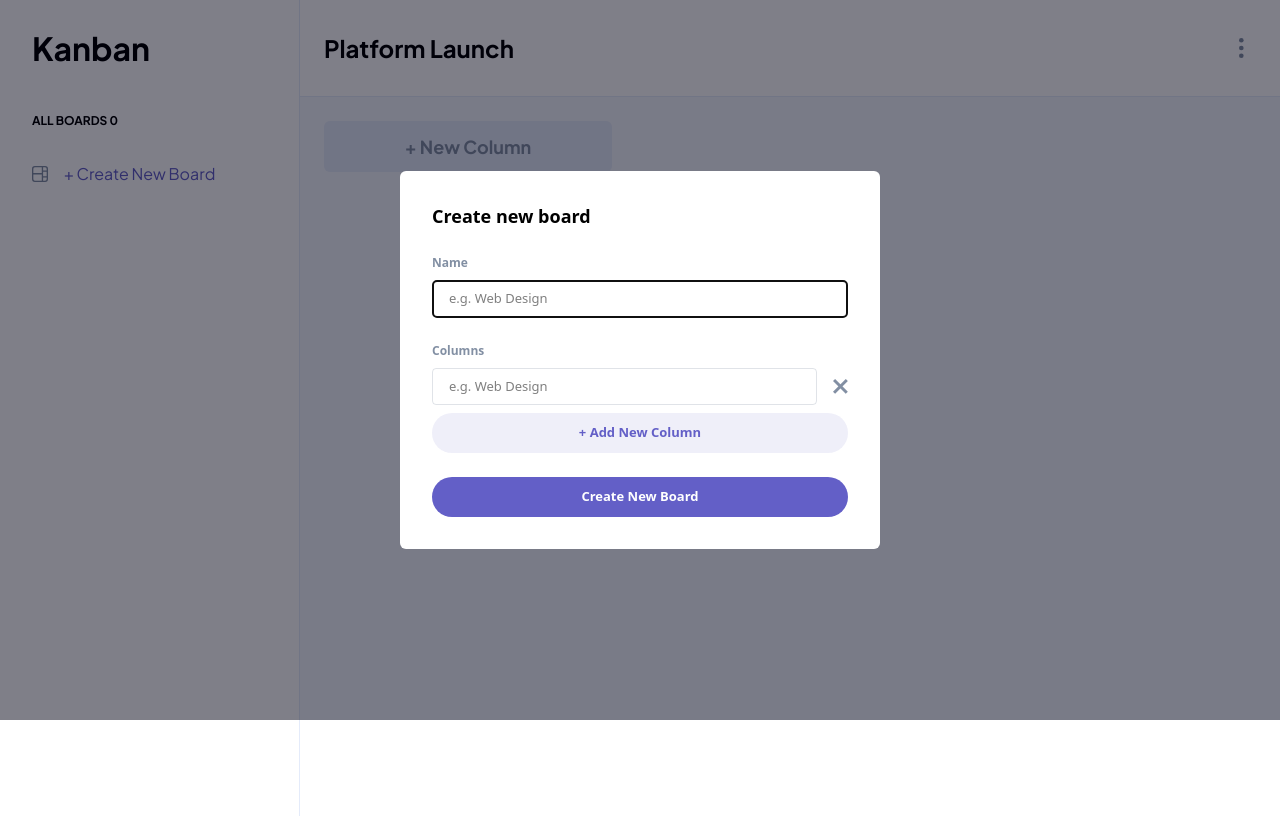
Repository: Baraajad231/Kanban-Board
Page: /, after clicking the first element matching `button.w-full`
The author's editor kept a copy of each file at every save. The page is drawn from the files as they stood at one save, then again after the next save.
The browser window is 1280 px wide. The pictures show the whole page.
The project was rebuilt for these pictures with package versions that can differ from the ones it lists, and the page was loaded fresh each time. Also part of the build but not shown: vite.config.js, src/components/Card.jsx, src/components/Column.jsx.

Above is the page before, as saved 2026-03-25 19:37:05.

### index.html
<!doctype html>
<html lang="en">
  <head>
    <meta charset="UTF-8" />
    <meta name="viewport" content="width=device-width, initial-scale=1.0" />
    <link rel="preconnect" href="https://fonts.googleapis.com" />
    <link rel="preconnect" href="https://fonts.gstatic.com" crossorigin />
    <link
      href="https://fonts.googleapis.com/css2?family=Plus+Jakarta+Sans:ital,wght@0,200..800;1,200..800&display=swap"
      rel="stylesheet"
    />
    <title>kanban-board</title>
  </head>
  <body>
    <div id="root"></div>
    <script type="module" src="/src/main.jsx"></script>
  </body>
</html>

### src/index.css
@import "tailwindcss";

@theme {
  --font-jakarta: "Plus Jakarta Sans", sans-serif;

  --color-transparent: transparent;
  --color-current: currentColor;

  --color-main-purple: #635fc7;
  --color-main-purple-hover: #a8a4ff;
  --color-white: #ffffff;
  --color-black: #000112;
  --color-very-dark-grey: #1e1e1e;
  --color-dark-grey: #2b2c37;
  --color-lines: #3e3f4e;
  --color-medium-grey: #828fa3;
  --color-lines-light: #e4ebfa;
  --color-light-grey: #f4f7fd;
  --color-red: #ea5555;
  --color-red-hover: #ff9898;

  /* أحجام الخطوط - التنسيق صحيح جداً لـ Tailwind v4 */
  --text-heading-s: 0.75rem;
  --text-heading-s--font-weight: 700;

  --text-heading-m: 0.9rem;
  --text-heading-m--font-weight: 700;

  --text-heading-l: 1.125rem;
  --text-heading-l--font-weight: 700;

  --text-heading-xl: 1.5rem;
  --text-heading-xl--font-weight: 700;

  --text-body-m: 0.75rem;
  --text-body-m--font-weight: 700;

  --text-body-l: 0.8125rem;
  --text-body-l--font-weight: 500;
}

### src/App.jsx
import Header from "@components/Header";
import SideMenu from "@components/SideMenu";
import WorkSpace from "@components/WorkSpace";
import { useState } from "react";
import { DataContext } from "./DataContext";

function App() {
  const [dataState, setDataState] = useState([]);
  const [selectedBoardIndex, setSelectedBoardIndex] = useState(0);
  return (
    <DataContext.Provider value={{ data: dataState, setData: setDataState }}>
      <div className="font-jakarta flex h-screen flex-col">
        <Header />
        <div className="flex flex-1">
          <SideMenu
            selectedBoardIndex={selectedBoardIndex}
            setSelectedBoardIndex={setSelectedBoardIndex}
          />
          <WorkSpace columns={dataState[selectedBoardIndex]?.columns} />
        </div>
      </div>
    </DataContext.Provider>
  );
}

export default App;

### src/components/Header.jsx
import { useState } from "react";
import DialogPrimitive from "./DialogPrimitive";
import DropdownPrimitive from "./DropDownPrimitive";
import iconVerticalEllipsis from "@assets/icon-vertical-ellipsis.svg";

const Header = () => {
  const [open, setOpen] = useState(false);
  const onEditBoard = () => setOpen(true);
  const onDeleteBoard = () => {
    if (window.confirm("Are you sure you want to delete this board?")) {
      console.log("Delete Board");
    }
  };
  return (
    <header className="flex h-24.25 shrink-0 items-center">
      <div className="border-lines-light flex w-75 items-center gap-4 self-stretch border-r border-b pl-8 text-[32px] font-bold">
        Kanban
      </div>

      <div className="border-lines-light flex flex-1 items-center justify-between self-stretch border-b pr-6 pl-6">
        <h2 className="text-heading-xl">Platform Launch</h2>

        <DropdownPrimitive
          items={{
            "edit ": {
              label: "Edit Board",
              onClick: onEditBoard,
            },
            "delete ": {
              label: "Delete Board",
              onClick: onDeleteBoard,
            },
          }}
          triggerComponent={() => (
            <button className="text-main-purple hover:bg-main-purple/10 flex items-center gap-1 rounded-full p-3">
              <img src={iconVerticalEllipsis} alt="icon vertical ellipsis" />
            </button>
          )}
        />

        <DialogPrimitive isOpen={open} setOpen={setOpen} title="Edit Board">
          Hello world
        </DialogPrimitive>
      </div>
    </header>
  );
};

export default Header;

### src/components/SideMenu.jsx
import clsx from "clsx";
import { useContext, useState } from "react";
import DialogPrimitive from "./DialogPrimitive";
import boardIcon from "@assets/icon-board.svg";
import { DataContext } from "@/DataContext";
import AddNewBoardForm from "./AddNewBoardForm";

/**
 *
 * @param {Object} props
 * @param {Number} props.selectedBoardIndex
 * @param {Function} props.setSelectedBoardIndex
 * @returns {JSX.Element}
 */

const SideMenu = ({ selectedBoardIndex, setSelectedBoardIndex }) => {
  const [open, setOpen] = useState(false);
  const onAddNewBoard = () => setOpen(true);
  const { data } = useContext(DataContext);
  return (
    <aside className="side-menu border-lines-light -mt-px h-screen w-75 border-r bg-white">
      <p className="text-heading-s px-8 py-4">ALL BOARDS {data.length}</p>
      <ul>
        {data.map((item, index) => (
          <li key={item.id}>
            <button
              data-isActive={index === selectedBoardIndex}
              className={clsx(
                "text-heading-m text-medium-grey data-[isactive=false]:hover:bg-main-purple/10 data-[isactive=false]:hover:text-main-purple flex w-11/12 items-center gap-4 rounded-e-full px-8 py-4 transition",
                {
                  "bg-main-purple hover:bg-main-purple text-white!":
                    index === selectedBoardIndex,
                },
              )}
              onClick={() => setSelectedBoardIndex(index)}
            >
              <img src={boardIcon} alt="boardIcon" />
              {item.title}
            </button>
          </li>
        ))}
        <li className="px-8 py-4">
          <DialogPrimitive
            isOpen={open}
            setOpen={setOpen}
            title="Create new board"
            triggerComponent={() => (
              <button
                onClick={onAddNewBoard}
                className="text-main-purple flex w-full items-center gap-4"
              >
                <img src={boardIcon} alt="boardIcon" />+ Create New Board
              </button>
            )}
          >
            <AddNewBoardForm />
          </DialogPrimitive>
        </li>
      </ul>
    </aside>
  );
};
export default SideMenu;

### src/components/WorkSpace.jsx
import Column from "./Column";

/**
 *
 * @param {Object} props
 * @param {Array} props.columns
 * @param {Number} props.columns.id
 * @param {Array} props.columns.tasks
 * @param {string} props.columns.title
 * @returns {JSX.Element}
 */

const WorkSpace = ({ columns = [] }) => {
  return (
    <div className="bg-light-grey flex h-[calc(100vh-97px)] flex-1 gap-6 overflow-auto p-6">
      {columns.map((column) => (
        <Column key={column.id} title={column.title} tasks={column.tasks} />
      ))}

      <button className="bg-lines-light text-heading-l text-medium-grey w-72 shrink-0 self-start rounded-md p-3">
        + New Column
      </button>
    </div>
  );
};

export default WorkSpace;

### src/DataContext.js
import React from "react";

export const DataContext = React.createContext();

### src/components/DialogPrimitive.jsx
import { Dialog } from "radix-ui";

/**
 * DialogPrimitive component
 * @param {Object} props
 * @param {string} props.title - The title of the dialog
 * @param {Function} props.triggerComponent - The component that triggers the dialog
 * @param {JSX.Element} props.children - The children components
 * @param {boolean} props.isOpen - A boolean to determine if the dialog is open
 * @param {Function} props.setOpen - A function to set the dialog state
 * @returns {JSX.Element}
 */

const DialogPrimitive = ({
  title,
  triggerComponent,
  children,
  isOpen,
  setOpen,
}) => (
  <Dialog.Root open={isOpen} onOpenChange={setOpen}>
    <Dialog.Trigger asChild>
      {triggerComponent && triggerComponent()}
    </Dialog.Trigger>
    <Dialog.Portal>
      <Dialog.Overlay className="data-[state=open]:animate-overlayShow fixed inset-0 bg-black/50" />
      <Dialog.Content className="data-[state=open]:animate-contentShow fixed top-[50%] left-[50%] max-h-[85vh] w-120 translate-x-[-50%] translate-y-[-50%] overflow-auto rounded-md bg-white p-8 focus:outline-none">
        <Dialog.Title className="text-heading-l">{title}</Dialog.Title>
        {children}
      </Dialog.Content>
    </Dialog.Portal>
  </Dialog.Root>
);

export default DialogPrimitive;

### src/components/DropDownPrimitive.jsx
import * as React from "react";
import { DropdownMenu } from "radix-ui";
import clsx from "clsx";
// طريقة بتخلينا نعمل document لل component تاعنا
// jsdocs
/**
 * @param {Object} props
 * @param {Function} props.triggerComponent
 * @param {Object} props.items
 * @param {string} props.items.label -- the text that will be shown in the dropdown item
 * @param {Function} props.items.onClick -- the function that will be called when the dropdown item is clicked
 * @returns {JSX.Element}
 */
const DropdownPrimitive = ({ triggerComponent, items }) => {
  return (
    <DropdownMenu.Root>
      <DropdownMenu.Trigger asChild>
        {triggerComponent && triggerComponent()}
      </DropdownMenu.Trigger>

      <DropdownMenu.Portal>
        <DropdownMenu.Content
          className="data-[side=bottom]:animate-slideUpAndFade data-[side=left]:animate-slideRightAndFade data-[side=right]:animate-slideLeftAndFade data-[side=top]:animate-slideDownAndFade min-w-55 rounded-md bg-white p-1.25 shadow-[0px_10px_38px_-10px_rgba(22,23,24,0.35),0px_10px_20px_-15px_rgba(22,23,24,0.2)] will-change-[opacity,transform]"
          sideOffset={32}
        >
          {items &&
            Object.keys(items).map((item) => (
              <DropdownMenu.Item
                key={items[item].label}
                onClick={items[item].onClick}
                className={clsx(
                  "group text-body-l data-highlighted:bg-light-grey cursor-pointer p-4 leading-none outline-none",
                  {
                    "text-red": items[item].label.includes("Delete"),
                  },
                )}
              >
                {items[item].label}
              </DropdownMenu.Item>
            ))}
        </DropdownMenu.Content>
      </DropdownMenu.Portal>
    </DropdownMenu.Root>
  );
};

export default DropdownPrimitive;

### src/components/AddNewBoardForm.jsx
import { useState } from "react";
import Button from "./Button";
import TextField from "./TextField";
import iconCross from "@assets/icon-cross.svg";
const AddNewBoardForm = () => {
  const [columnsArray, setColumnsArray] = useState([
    {
      id: crypto.randomUUID(),
      title: "",
    },
  ]);
  const addNewColumnHandler = () => {
    setColumnsArray((prev) => [
      ...prev,
      {
        id: crypto.randomUUID(),
        title: "",
      },
    ]);
  };
  const removeColumnHandler = (id) => {
    // راجع طريقة ال index في ال filter
    setColumnsArray((prev) => prev.filter((column) => column.id !== id));
  };

  return (
    <form>
      <div>
        <h3 className="text-body-m text-medium-grey pt-6 pb-2">Name </h3>
        <TextField placeholder="e.g. Web Design" name="boardName" required />
      </div>
      <div className="flex flex-col gap-2">
        <h3 className="text-body-m text-medium-grey pt-6">Columns </h3>

        <div className="flex flex-col gap-2">
          {columnsArray.map((column) => (
            <div className="flex items-center gap-4" key={column.id}>
              <TextField
                placeholder="e.g. Web Design"
                name="column.id"
                defaultValue={column.title}
                required
              />

              <button onClick={() => removeColumnHandler(column.id)}>
                <img src={iconCross} alt="icon cross" />
              </button>
            </div>
          ))}
        </div>
        <Button
          type="button"
          variant="secondary"
          size="sm"
          onClick={addNewColumnHandler}
        >
          + Add New Column
        </Button>
      </div>
      <div className="mt-6">
        <Button type="submit" variant="primary" size="sm" isFullWidth>
          Create New Board
        </Button>
      </div>
    </form>
  );
};
export default AddNewBoardForm;

### src/components/Button.jsx
import { cva } from "class-variance-authority";

const button = cva(
  ["rounded-full", "font-bold", "px-6", "duration-200", "text-[13px]"],
  {
    variants: {
      variant: {
        primary: ["bg-main-purple", "text-white", "hover:bg-main-purple-hover"],
        // **or**
        // primary: "bg-blue-500 text-white border-transparent hover:bg-blue-600",
        secondary: [
          "bg-main-purple/10",
          "text-main-purple",
          "hover:bg-main-purple/25",
        ],
        destructive: ["bg-red", "text-white", "hover:bg-red-hover"],
      },
      size: {
        sm: ["h-10"],
        lg: ["h-12"],
      },
      isFullWidth: {
        true: ["w-full"],
      },
      // `boolean` variants are also supported!
      isDisabled: {
        true: ["opacity-25", "cursor-not-allowed", "hover:bg-main-purple"],
      },
    },

    defaultVariants: {
      variant: "primary",
      size: "lg",
    },
  },
);
/**
 * @param {Object} props
 * @param {String} props.children
 * @param {"primary" | "secondary" | "destructive"} props.variant
 * @param {"sm" | "lg"} props.size
 * @param {Boolean} props.isFullWidth
 * @param {Boolean} props.isDisabled
 * @param {String} props.className
 * @returns
 */

const Button = ({
  children,
  variant,
  size,
  isFullWidth,
  isDisabled,
  className,
  ...props
}) => {
  return (
    <button
      className={button({ variant, size, isFullWidth, isDisabled, className })}
      {...props}
    >
      {children}
    </button>
  );
};
export default Button;

### src/components/TextField.jsx
import clsx from "clsx";

/**
 * @param {Object} props
 * @param {String} props.placeholder
 * @param {Boolean} props.isInvalid
 * @param {String} props.name
 * @param {Boolean} props.required
 * @param {String} props.defaultValue
 * @returns
 */

const TextField = ({
  placeholder,
  isInvalid,
  name,
  required,
  defaultValue,
}) => {
  return (
    <div className="relative flex min-w-80 flex-1 items-center">
      {isInvalid && (
        <span className="text-body-l text-red absolute right-4">
          Can’t be empty
        </span>
      )}
      <input
        type="text"
        name={name}
        defaultValue={defaultValue}
        placeholder={placeholder}
        required={required}
        className={clsx(
          "border-medium-grey/25 text-body-l w-full rounded-sm border py-2 pl-4",
          {
            "border-red pr-32": isInvalid,
            "pr-4": !isInvalid,
          },
        )}
      />
    </div>
  );
};

export default TextField;

Loaded but not shown: src/main.jsx (common file)

After the next save:
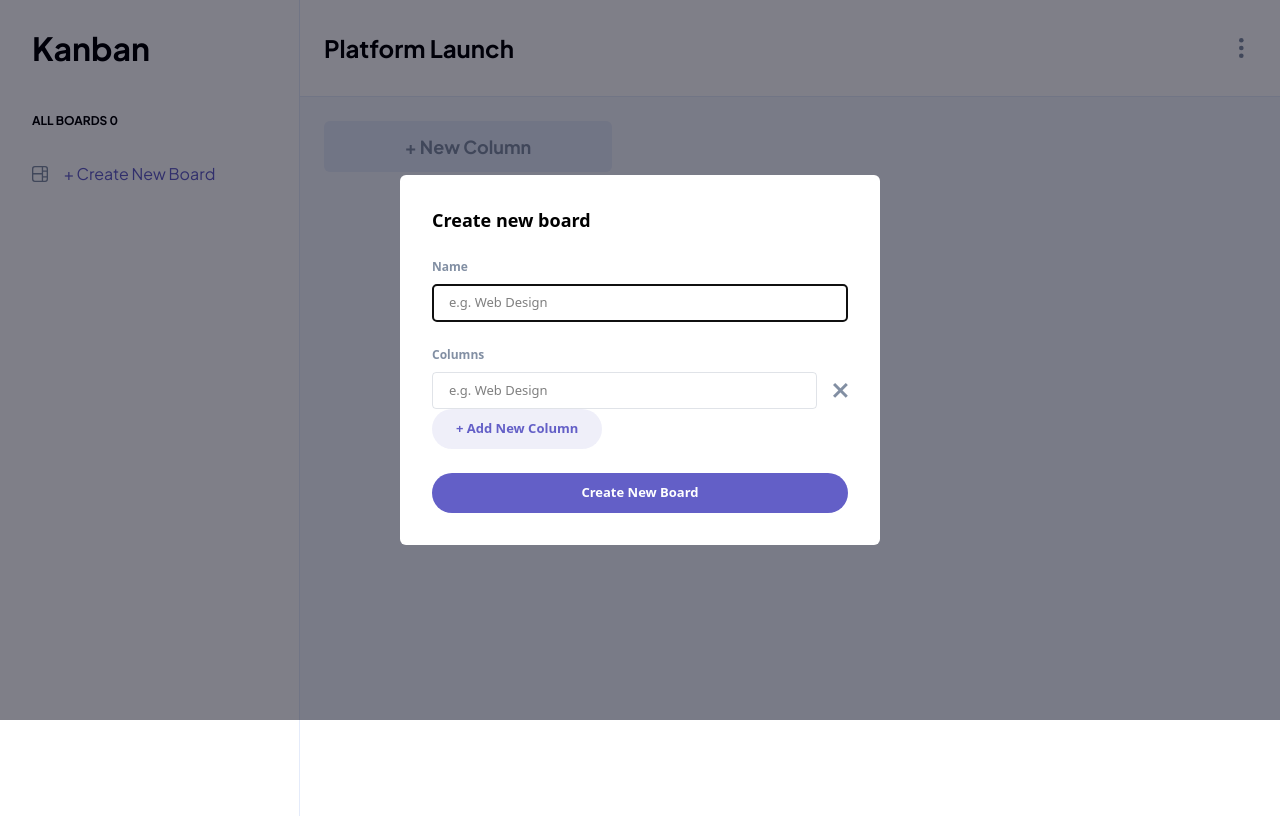
Saved 26 s later.
--- a/src/components/AddNewBoardForm.jsx
+++ b/src/components/AddNewBoardForm.jsx
@@ -32,31 +32,29 @@
       <div className="flex flex-col gap-2">
         <h3 className="text-body-m text-medium-grey pt-6">Columns </h3>
 
-        <div className="flex flex-col gap-2">
-          {columnsArray.map((column) => (
-            <div className="flex items-center gap-4" key={column.id}>
-              <TextField
-                placeholder="e.g. Web Design"
-                name="column.id"
-                defaultValue={column.title}
-                required
-              />
+        {columnsArray.map((column) => (
+          <div className="flex items-center gap-4" key={column.id}>
+            <TextField
+              placeholder="e.g. Web Design"
+              name="column.id"
+              defaultValue={column.title}
+              required
+            />
 
-              <button onClick={() => removeColumnHandler(column.id)}>
-                <img src={iconCross} alt="icon cross" />
-              </button>
-            </div>
-          ))}
-        </div>
-        <Button
-          type="button"
-          variant="secondary"
-          size="sm"
-          onClick={addNewColumnHandler}
-        >
-          + Add New Column
-        </Button>
+            <button onClick={() => removeColumnHandler(column.id)}>
+              <img src={iconCross} alt="icon cross" />
+            </button>
+          </div>
+        ))}
       </div>
+      <Button
+        type="button"
+        variant="secondary"
+        size="sm"
+        onClick={addNewColumnHandler}
+      >
+        + Add New Column
+      </Button>
       <div className="mt-6">
         <Button type="submit" variant="primary" size="sm" isFullWidth>
           Create New Board

After the save that followed:
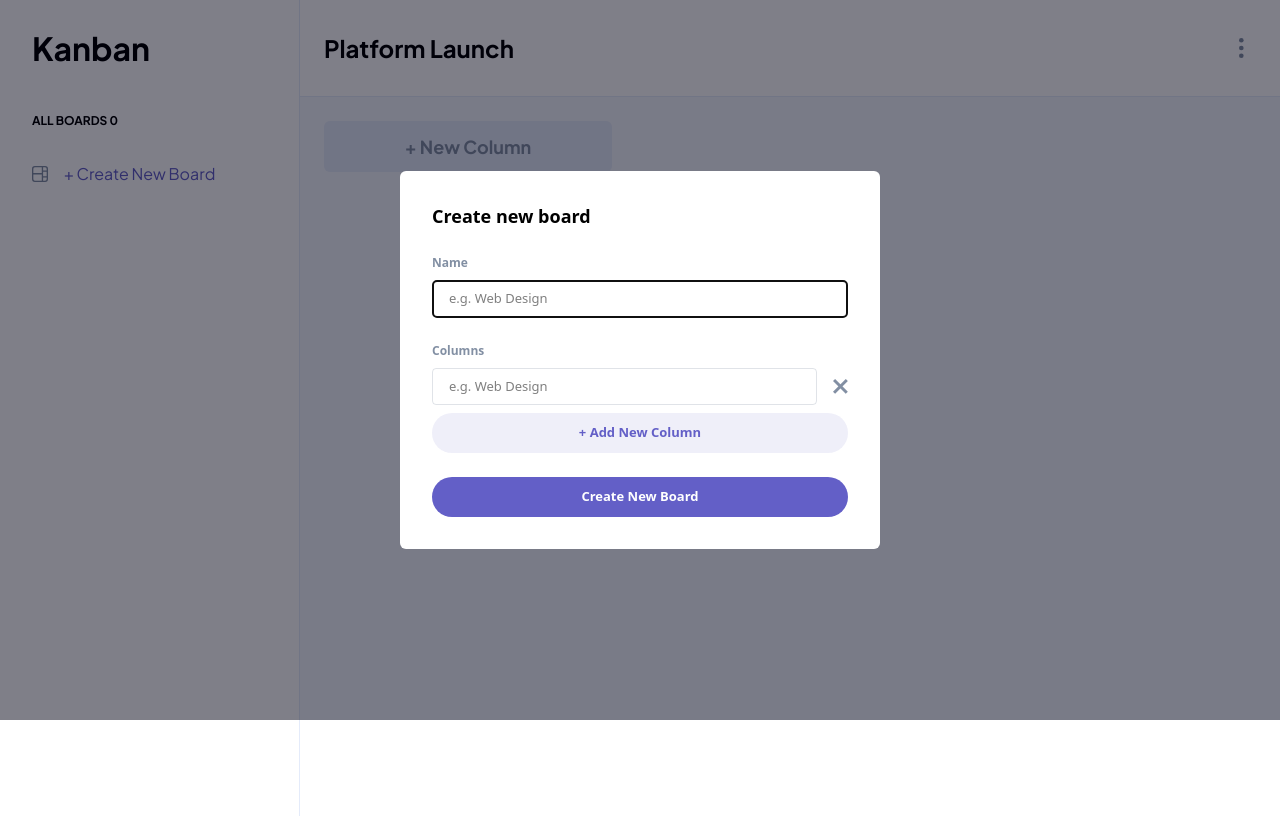
Saved 88 s later.
--- a/src/components/AddNewBoardForm.jsx
+++ b/src/components/AddNewBoardForm.jsx
@@ -46,15 +46,16 @@
             </button>
           </div>
         ))}
+        <Button
+          type="button"
+          variant="secondary"
+          size="sm"
+          onClick={addNewColumnHandler}
+        >
+          + Add New Column
+        </Button>
       </div>
-      <Button
-        type="button"
-        variant="secondary"
-        size="sm"
-        onClick={addNewColumnHandler}
-      >
-        + Add New Column
-      </Button>
+
       <div className="mt-6">
         <Button type="submit" variant="primary" size="sm" isFullWidth>
           Create New Board
